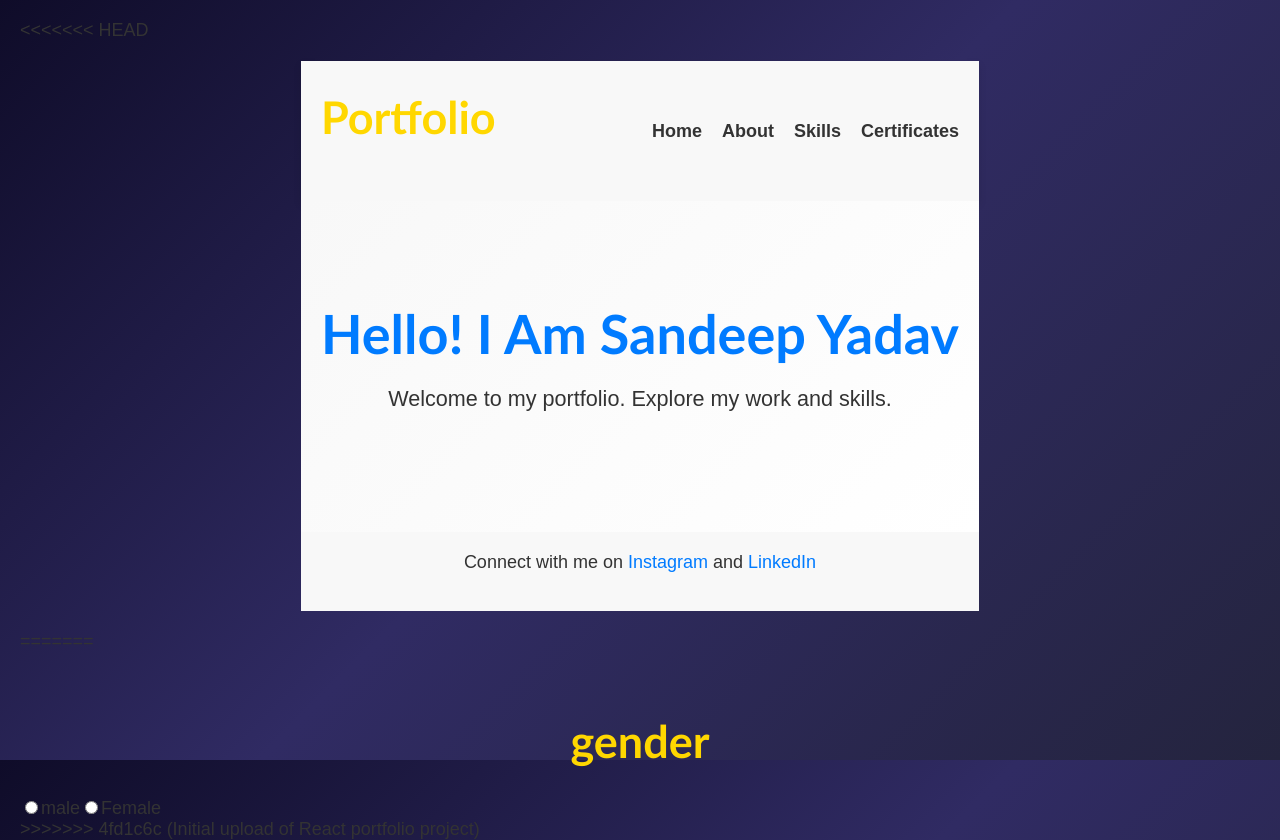
Repository: SandeepYadav18717/Sandeep_portfolio
Page: /
An editor plug-in stored every save of this project. The page is shown before and after a run of saves, followed by the edit.
The browser window is 1280 px wide. The pictures show the whole page.
The project was rebuilt for these pictures with package versions that can differ from the ones it lists, and the page was loaded fresh each time. Also part of the build but not shown: vite.config.js, src/index.css, src/App.css, src/Navbar/Navbar.jsx, src/Pages/Home.css, src/Pages/Index.jsx, src/Cards/Cards.jsx, src/Pages/Skills.jsx and 3 more.

Above is the page before, as saved 2025-08-30 07:27:17.

### index.html
<<<<<<< HEAD
 <!DOCTYPE html>
<html lang="en">
<head>
    <meta charset="UTF-8">
    <meta name="viewport" content="width=device-width, initial-scale=1.0">
    <title>Portfolio - Sandeep Yadav</title>
    <style>
        body {
            margin: 0;
            font-family: 'Arial', sans-serif;
            background-color: #ffffff;
            color: #333333;
            height: 100vh;
            display: flex;
            flex-direction: column;
            justify-content: space-between;
        }

        .container {
            max-width: 1200px;
            margin: 0 auto;
            padding: 20px;
            flex: 1;
        }

        .navbar {
            display: flex;
            justify-content: space-between;
            align-items: center;
            padding: 20px;
            background-color: #f8f8f8;
            box-shadow: 0 4px 8px rgba(0, 0, 0, 0.1);
            animation: slideIn 1s ease-out;
        }

        .navbar ul {
            list-style: none;
            display: flex;
            gap: 20px;
        }

        .navbar ul li {
            display: inline;
        }

        .navbar ul li a {
            color: #333333;
            text-decoration: none;
            font-weight: bold;
            transition: color 0.3s;
        }

        .navbar ul li a:hover {
            color: #007bff;
        }

        .hero {
            text-align: center;
            padding: 100px 20px;
            background: linear-gradient(135deg, #f8f8f8, #ffffff);
            animation: fadeIn 2s ease-in-out;
            flex: 1;
        }

        .hero h1 {
            font-size: 3em;
            margin: 0;
            color: #007bff;
            animation: bounceIn 1.5s ease-in-out;
        }

        .hero p {
            font-size: 1.2em;
            margin: 20px 0;
            color: #333333;
            animation: fadeIn 2s ease-in-out;
        }

        .hero a {
            display: inline-block;
            padding: 10px 20px;
            color: #ffffff;
            background-color: #007bff;
            text-decoration: none;
            border-radius: 5px;
            transition: background-color 0.3s;
            animation: fadeIn 2s ease-in-out;
        }

        .hero a:hover {
            background-color: #0056b3;
        }

        .footer {
            text-align: center;
            padding: 20px;
            background-color: #f8f8f8;
            animation: slideIn 1s ease-out;
        }

        .footer a {
            color: #007bff;
            text-decoration: none;
        }

        @keyframes slideIn {
            from {
                transform: translateY(-100%);
                opacity: 0;
            }
            to {
                transform: translateY(0);
                opacity: 1;
            }
        }

        @keyframes fadeIn {
            from {
                opacity: 0;
            }
            to {
                opacity: 1;
            }
        }

        @keyframes bounceIn {
            0%, 20%, 40%, 60%, 80%, 100% {
                transform: translateY(0);
            }
            50% {
                transform: translateY(-20px);
            }
        }
    </style>
</head>
<body>
    <div class="container">
        <nav class="navbar">
            <div class="logo">
                <h1>Portfolio</h1>
            </div>
            <ul>
                <li><a href="index.html">Home</a></li>
                <li><a href="about sandeep.html">About</a></li>
                <li><a href="Sandeep port experience.html">Skills</a></li>
                <li><a href="Sandeep port certifications.html">Certificates</a></li>
            </ul>
        </nav>

        <section class="hero" id="home">
            <h1>Hello! I Am Sandeep Yadav</h1>
            <p>Welcome to my portfolio. Explore my work and skills.</p>

        </section>

        <footer class="footer">
            <p>Connect with me on <a href="https://instagram.com/sandeepyadav782707?utm_source=qr&igshid=ZDc4ODBmNjlmNQ%3D%3D">Instagram</a> and <a href="https://www.linkedin.com/in/sandeep-yadav-0b6357210">LinkedIn</a></p>
        </footer>
    </div>
</body>
</html>
=======
<!doctype html>
<html lang="en">
  <head>
    <meta charset="UTF-8" />
    <link rel="icon" type="image/svg+xml" href="/vite.svg" />
    <meta name="viewport" content="width=device-width, initial-scale=1.0" />
    <title>Vite + React</title>
  </head>
  <body>
    <div id="root"></div>
    <script type="module" src="/src/main.jsx"></script>
  </body>
</html>
>>>>>>> 4fd1c6c (Initial upload of React portfolio project)

### src/App.jsx
import { useState } from 'react'
import reactLogo from './assets/react.svg'
import viteLogo from '/vite.svg'
import './App.css'
import Navbar from './navbar/Navbar'
import Home from './Pages/Index.jsx'
import Cards, { Card } from './Cards/Cards.jsx'
import Skills from './Pages/Skills.jsx'
import Index from './Pages/Index.jsx'
import Cert from './Certifitae/Certi.jsx'
import Contact from './Contact/contact.jsx'
import Checkbox from "./Practice/Checkbox.jsx"







function App() {

  return (
    <>
   <Checkbox/>







    </>
  )
}

export default App

### src/Practice/Checkbox.jsx
function Checkbox(){

    return(

        <>
    {/* <label>
    <input type="Checkbox"
     id="PHP"
    />
     PHP
     <input type="Checkbox"
    id="PHP"
     />hhjfjdkfjie
     <input type="Checkbox"onClick={click}
     id="PHP"
   placeholder="enter"/>hfdhfi

     </label> */}
     <h1>gender </h1>

<input type="radio"
 name="gender"
 id="male"/>male

<input type="radio"
 name="gender"
 id="male"/>Female

     </>
    );
}
export default Checkbox

### src/Navbar/Navabr.css
@import url('https://fonts.googleapis.com/css2?family=Press+Start+2P&display=swap');

#container {
    height: 70px;
    width: 100%;
    display: flex;
    justify-content: space-evenly;
    align-items: center;
    font-family: 'Press Start 2P', cursive;
    color: #4e3940;
    background-color: transparent;
    transition: all 0.2s ease-in-out;
}
#container

.nav-item {
    padding: 10px 25px;
    border-radius: 10px;


    transition: all 0.4s ease;
}

#container .nav-item:hover {
    text-shadow: 2px 2px 5px whitesmoke;
    box-shadow: 0 10px 20px rgba(0,0,0,0.5);
    transform: translateY(-10px) scale(1.1);
    background-color:  #4e3940;
    color: whitesmoke;
    cursor: pointer;
}

body{
    background: linear-gradient(135deg,black);
    height: 100vh;
}

### src/Cards/Card.css
@import url('https://fonts.googleapis.com/css2?family=Montserrat:wght@400;700&display=swap');

#card-contain{
    display: flex;

    height:250px;
    margin-top: 10%;
    justify-content: center;
    border-radius: 25px;
    gap:4%



}


.Back {
  background: linear-gradient(135deg, #3a1c71, #d76d77, #ffaf7b);
  height: 250px;
  width: 250px;
  border-radius: 25px 80px 25px  80px;
  border: 3px double gold;
   margin-left: 0px;
   padding-left: 20px;
   padding-top: 20px;
  transition: transform 0s ease;
  box-shadow: 5px 10px 18px 5px black ;
  animation: card 1s ease-in-out 0s;

}
@keyframes card {
  0%{
    transform: scale(0.5);
    opacity: 0;


  }


  100%{
    transform: scale(1);
    opacity: 200;
  }

}

.Back:hover {
 transform: rotateY(180deg);
 height:400px;
 color: wheat;
  background: linear-gradient(135deg, #0f0c29, #302b63, #24243e);
  border: 3px solid gold;
  box-shadow: 5px 10px 18px  crimson;
  font-family:'Montserrat' ;
}

.Back-X {
  background: linear-gradient(-135deg, #3a1c71, #d76d77, #ffaf7b);
  height: 250px;
  width: 250px;
  padding-left: 20px;
  padding-top: 50px;
  border-radius: 50px;
   margin-left: 0px;
  transition: transform 0s ease;
  box-shadow: 5px 10px 18px 10px black;


}
.Back-X:hover {
  transform: rotateX(180deg);
 height:400px;
 padding-top: 20px;
 color: wheat;
  background: linear-gradient(135deg, #0f0c29, #302b63, #24243e);
  border: 3px solid gold;
  box-shadow: 5px 10px 18px  crimson;
  font-family:'Montserrat' ;



}

.card-1,.card-3  {
  border-radius: 25px;
  height: 250px;
   margin-left: 40px;
  color: transparent;
  transition: transform 1s ease;


}
.card-1:hover {
  transform: rotateY(180deg);


}


.card-2,.card-4 {

  height: 450px;
  width: 250px;
  border-radius: 25px;
   margin-left: 40px;
  transition: transform 1s ease;
  color: transparent;

}

.card-2:hover {
  transform: rotatex(180deg);

}


.card-3:hover {
  transform: rotateY(180deg);
   color: wheat;
}

.card-4:hover {
  transform: rotateX(180deg);

}
body{
 background: linear-gradient(135deg, #0f0c29, #302b63, #24243e);
            color: #f8f8f8;
            min-height: 100vh;
            padding: 20px;
}
h3{
  color: yellow;
  font-size: xx-large;
  margin-top:0% ;
}
h3:hover{
  color: yellow;

  margin-top:0% ;
}
p{
  margin-top: 0%;
}

### src/Pages/Skills.css


h1 {
  text-align: center;
  color: gold;
  font-family: 'Gill Sans', 'Gill Sans MT', Calibri, 'Trebuchet MS', sans-serif;
  margin-top: 20px;
  font-size: 250%;
  margin-top: 5%;
}
#card-skill {
  height: 200px;
  display: flex;

  align-items: center;
  gap:2%;
  border-radius: 20px;
  color: white;
  width:100%




}
.card-skill-1,.card-skill-2,.card-skill-3,.card-skill-4{
    background-color:  rgba(15, 12, 41, 0.7);
    border: 1px solid gold;
    height:145px;
    width:250px;
    background: rgba(15, 12, 41, 0.5);
    border-radius: 25px;
    margin-left: 4%;
    margin-top: 5%;
    text-align: center;
    color: #ffd700


 ;


}
.card-skill-1:hover,.card-skill-2:hover,.card-skill-3:hover,.card-skill-4:hover,.card-skill.h3:hover{
    border-color: #ffd700;
    box-shadow: 10px 15px 15px rgba(255, 215, 0, 0.2),  0 2.5px 5px crimson;
    transform: scale(1.3);
    border:2px, double ,gold;

}
.card-skill.h3 {
  color: yellow;
  background: transparent;
  display: inline-block;
  font-size: 20px;
  transition: transform 0.3s ease, color 0.3s ease;
  height: 35px;
  width:250px;
}

### src/Contact/contact.css
body{
    background-color: azure;
    color: aqua;
    font-size: large;
}
.input-box {
             display: inline-flex;
            align-items: center;
            gap: 15px;
            margin-top: 2%;
            padding: 18px 40px;
            background: linear-gradient(135deg, var(--gold) 0%, #B8860B 100%);
            color: var(--dark);
            border: none;
            font-weight: 600;
            border-radius: 2px;
            transition: var(--transition);
            box-shadow: 0 10px 30px rgba(212, 175, 55, 0.3);
            cursor: pointer;



}
@keyframes input {
   25% {
    transform: translateY(-1225px);
  }
  50% {
    transform: translateZ(100px) translateY(100px);
  }
  75% {
    transform: translateZ(1225px);
  }
}


.input-box:focus {
  border-color: #007bff;
  box-shadow: -4px 15px 25px rgba(240, 241, 243, 0.5);
  width: 500px;

}
button{
    display: inline-flex;
            align-items: center;

            gap: 15px;
            padding: 18px 40px;
            background: linear-gradient(to right, #ff9966, #ff5e62);
            color: Gold;
            border: yellow;
            font-weight: 600;
            border-radius: 2px;
            transition: var(--transition);
            box-shadow: 0 10px 30px rgba(212, 175, 55, 0.3);
            cursor: pointer;
}
button:hover{
     transform: translateY(-3px);
            box-shadow: 0 15px 40px rgba(212, 175, 55, 0.4);
}
#heading{
    font-size: xxx-large;
    color:  #f9dcdc;
    text-shadow: 1px 1px 4px  gold;
    text-align: center;
}

Loaded but not shown: src/main.jsx (common file); src/index.css (no copy from this time; the picture is the same without it)

After the next 10 saves:
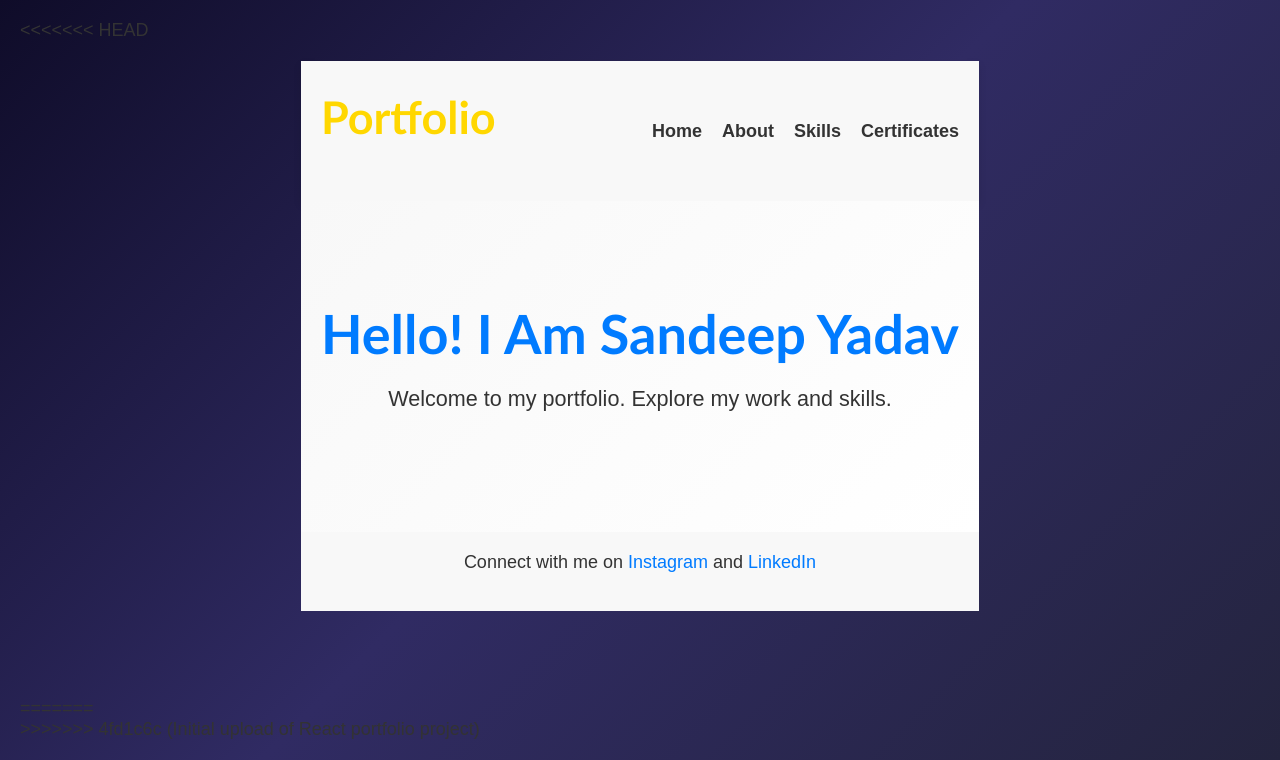
Console error: ReferenceError: useState is not defined
The 10 saves are shown as one change because 1 did not build or start and some came seconds apart.
The last was saved 11 min 58 s later.
--- a/src/Practice/Checkbox.jsx
+++ b/src/Practice/Checkbox.jsx
@@ -1,5 +1,5 @@
 function Checkbox(){
-
+    const[Gender,setGender]=useState
     return(
 
         <>

After the 4 saves that followed:
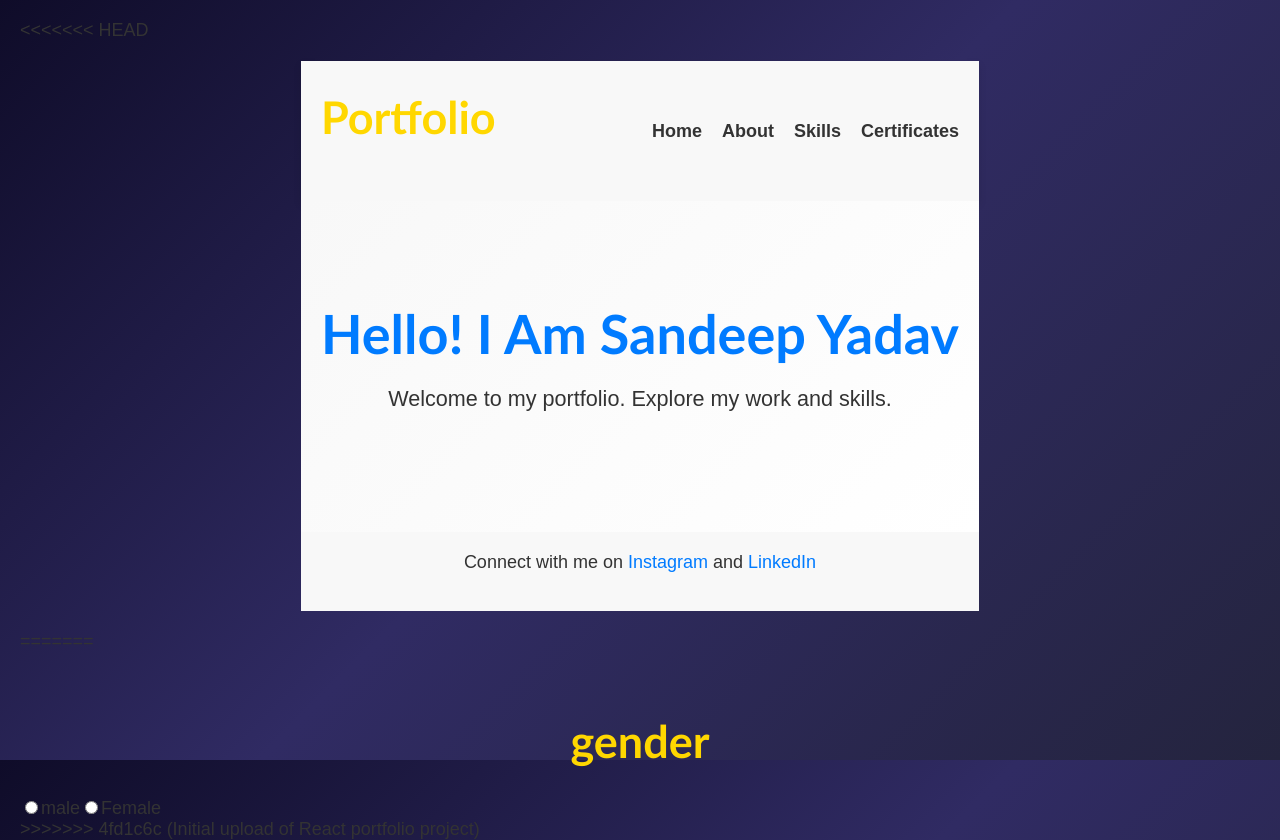
The error is gone.
The 4 saves are shown as one change because 1 left the picture as it was and some came seconds apart.
The last was saved 13 s later.
--- a/src/Practice/Checkbox.jsx
+++ b/src/Practice/Checkbox.jsx
@@ -1,5 +1,9 @@
+import { useState } from "react";
+
+useState
+
 function Checkbox(){
-    const[Gender,setGender]=useState
+    const[Gender,setGender]=useState()
     return(
 
         <>
